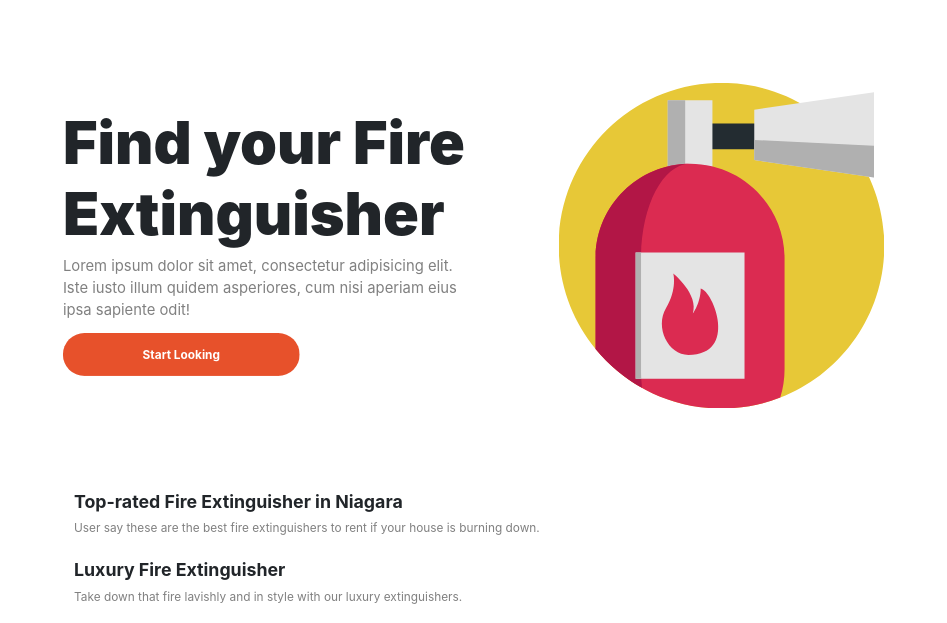
Repository: tomas938/Nuxt-crash-app
Page: /
These files come from the project's save history. The page is drawn as it stood at one moment and after the next save; the edit follows.
The browser window is 1280 px wide. The pictures show the whole page, at 74% of full size.
The project was rebuilt for these pictures with package versions that can differ from the ones it lists, and the page was loaded fresh each time. The framework's server and built-in components were replaced by stand-ins that run in the browser. Also part of the build but not shown: nuxt.config.js.

Above is the page before, as saved 2021-08-29 12:25:32.

### components/Hero.vue
<template>
  <div class="Hero container">
    <div class="text-container">
      <h1 class="header">Find your Fire Extinguisher</h1>
      <p class="snippet">
        Lorem ipsum dolor sit amet, consectetur adipisicing elit. Iste iusto
        illum quidem asperiores, cum nisi aperiam eius ipsa sapiente odit!
      </p>
      <button class="button btn">Start Looking</button>
    </div>
    <img src="../assets/fire-extinguisher.svg" alt="" class="image" />
  </div>
</template>

<script>
export default {}
</script>

<style scoped>
.Hero {
  position: relative;
  display: flex;
  padding: 5rem 0;
  align-items: flex-start;
  justify-content: space-between;
}
.text-container {
  width: 50%;
  margin-top: 4rem;
}
.header {
  font-weight: 900;
  font-size: 5rem;
}
.snippet {
  color: grey;
  font-size: 1.25rem;
}
.image {
  width: 27.5rem;
  margin-top: 2rem;
}
.overlay {
  background: rgba(0, 0, 0, 0);
  position: absolute;
  width: 100%;
  height: 100%;
  top: 0;
}
.button {
  padding: 1rem 4rem;
  border-radius: 100rem;
  background-color: rgb(231, 81, 43);
  color: white;
  width: 20rem;
  font-weight: 700;
  transition: 0.5s;
}
.button:hover {
  width: 21.5rem;
}
@media (max-width: 500px) {
  .Hero {
    height: 40vh;
  }
}
</style>

### components/LargeCardDisplay.vue
<template>
  <div class="container">
    <h4 class="header">
      {{ cardSection.title }}
    </h4>
    <p class="snippet">
      {{ cardSection.snippet }}
    </p>
    <div class="card-container"></div>
  </div>
</template>

<script>
export default {
  props: ['cardSection'],
}
</script>

<style scoped>
.container {
  margin-top: 2rem;
}
.header {
  font-weight: 700;
  font-size: 1.5rem;
}
.snippet {
  color: grey;
  margin-bottom: 1.5rem;
}
.cards-container {
  display: flex;
  justify-content: space-between;
}
</style>

### pages/index.vue
<template>
  <div class="container">
    <Hero></Hero>
    <LargeCardDisplay
      v-for="cardInfo in largeCardInfo"
      :key="cardInfo.id"
      :cardSection="cardInfo"
    ></LargeCardDisplay>
  </div>
</template>

<script>
import { largeCardSections } from '../assets/data'
export default {
  data() {
    return {
      largeCardInfo: largeCardSections,
    }
  },
}
</script>

### assets/data.js
export const largeCardSections = [
  {
    id: 1,
    title: 'Top-rated Fire Extinguisher in Niagara',
    snippet:
      'User say these are the best fire extinguishers to rent if your house is burning down.',
    cards: [
      {
        id: 19,
        title: "Toronto's Portable 2L Fire Extinguisher",
        snippet:
          'This fire extinguisher saved homes from completely burning down. People that used it only had 98% of their homes burned down.',
        image: 'fe1.jpg',
      },
      {
        id: 20,
        title: 'Empty Super Red Fire Extinguisher',
        snippet:
          "This is one of the most red fire extinguishers you will ever see. Super clean. It's pretty much useless otherwise.",
        image: 'fe2.jpg',
      },
      {
        id: 21,
        title: 'Fire Extinguisher, Perfect for Pools',
        snippet:
          'If you ever find that your pool is on fire then this is the fire extinguisher for you. It has a 100% success rate.',
        image: 'fe3.jpg',
      },
    ],
  },
  {
    id: 2,
    title: 'Luxury Fire Extinguisher',
    snippet:
      'Take down that fire lavishly and in style with our luxury extinguishers.',
    cards: [
      {
        id: 22,
        title: 'Vintage 1864 Fire Extinguisher',
        snippet:
          "This is hands down the worst fire extinguisher you can use in a crisis. The radiation will kill you if the fire doesn't",
        image: 'fe4.png',
      },
      {
        id: 23,
        title: 'Pure Silver & Gold Fire Extinguisher',
        snippet:
          'This one is made out of 50k worth of pure silver and white gold. The metal choice was a poor for functionality, but was great for style!',
        image: 'fe5.png',
      },
      {
        id: 24,
        title: 'Two in One Fire Extinguisher',
        snippet:
          "This is the first ever two in one fire extinguisher. Good if both you and your friend's houses are burining down",
        image: 'fe6.jpg',
      },
    ],
  },
]

### components/LargeCard.vue
<template>
  <div class="card">
    <img src="" alt="" class="image" />
    <h3 class="header"></h3>
    <p class="snippet"></p>
  </div>
</template>

<script>
export default {}
</script>

<style scoped>
.card {
  width: 31.5%;
  height: 25rem;
  border: none;
  overflow: hidden;
  padding: 0;
  cursor: pointer;
}
.image {
  height: 65%;
  border-radius: 0.5rem;
}
.header {
  font-size: 1.15rem;
  margin-top: 0.4rem;
}
.snippet {
  color: grey;
}
</style>

After the next save:
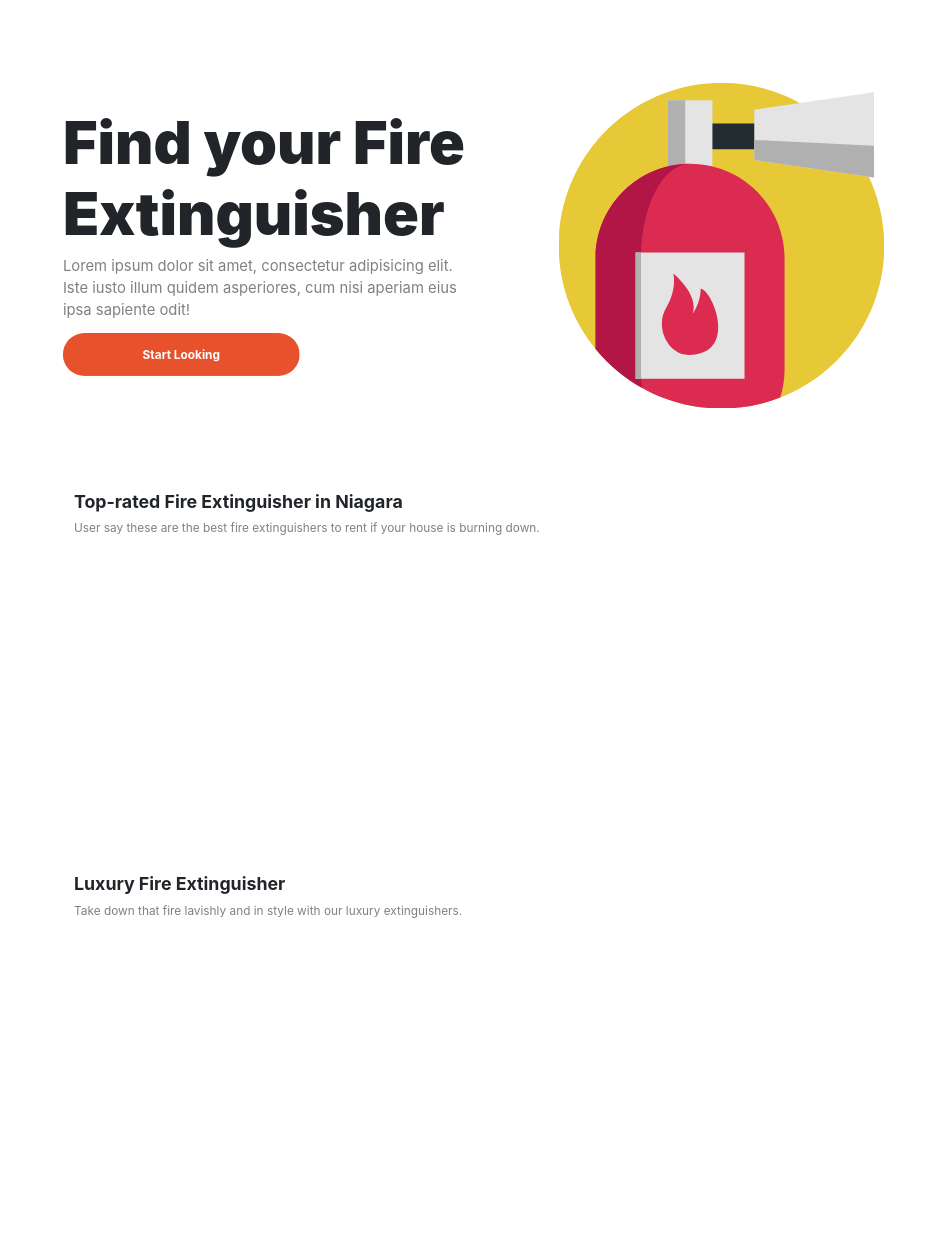
Saved 5 min 7 s later.
--- a/components/LargeCardDisplay.vue
+++ b/components/LargeCardDisplay.vue
@@ -6,7 +6,9 @@
     <p class="snippet">
       {{ cardSection.snippet }}
     </p>
-    <div class="card-container"></div>
+    <div class="card-container">
+      <LargeCard></LargeCard>
+    </div>
   </div>
 </template>
 
